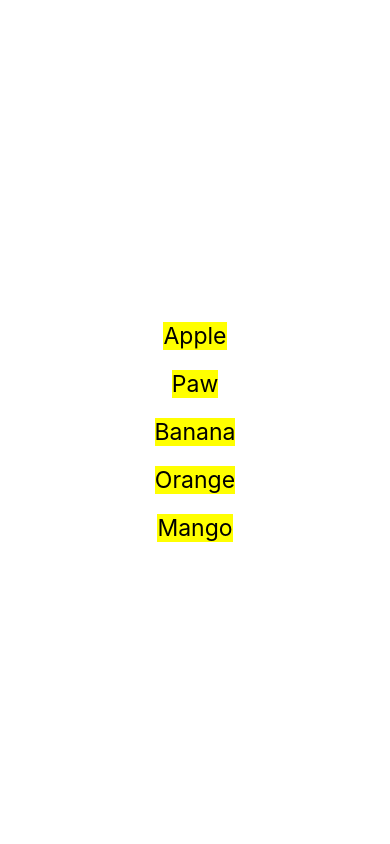
Repository: akinmiday/ReactNativeApp
Screen: /
The author's editor kept a copy of each file at every save. The screen is drawn from the files as they stood at one save, then again after the next save.
The app was drawn by React Native's web renderer in a window 390 px wide. The project was rebuilt for these pictures with package versions that can differ from the ones it lists, and the page was loaded fresh each time.

Above is the screen before, as saved 2023-08-03 08:00:50.

After the next save:
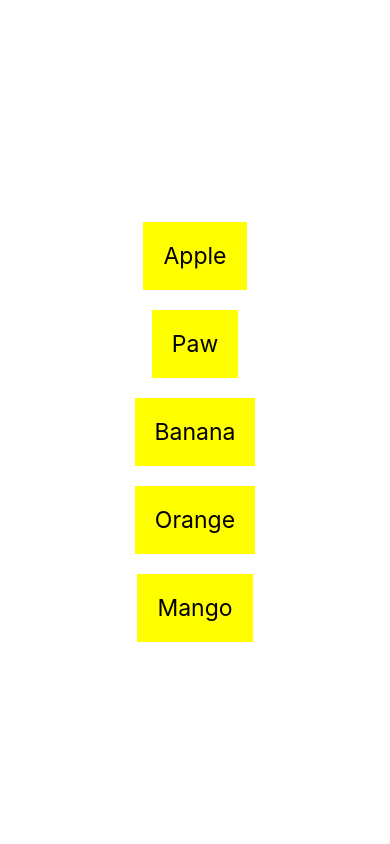
Saved 11 s later.
--- a/App.js
+++ b/App.js
@@ -34,5 +34,6 @@ const styles = StyleSheet.create({
     fontSize: 23,
     backgroundColor: "yellow",
     marginTop: 20,
+    padding: 20,
   },
 });
